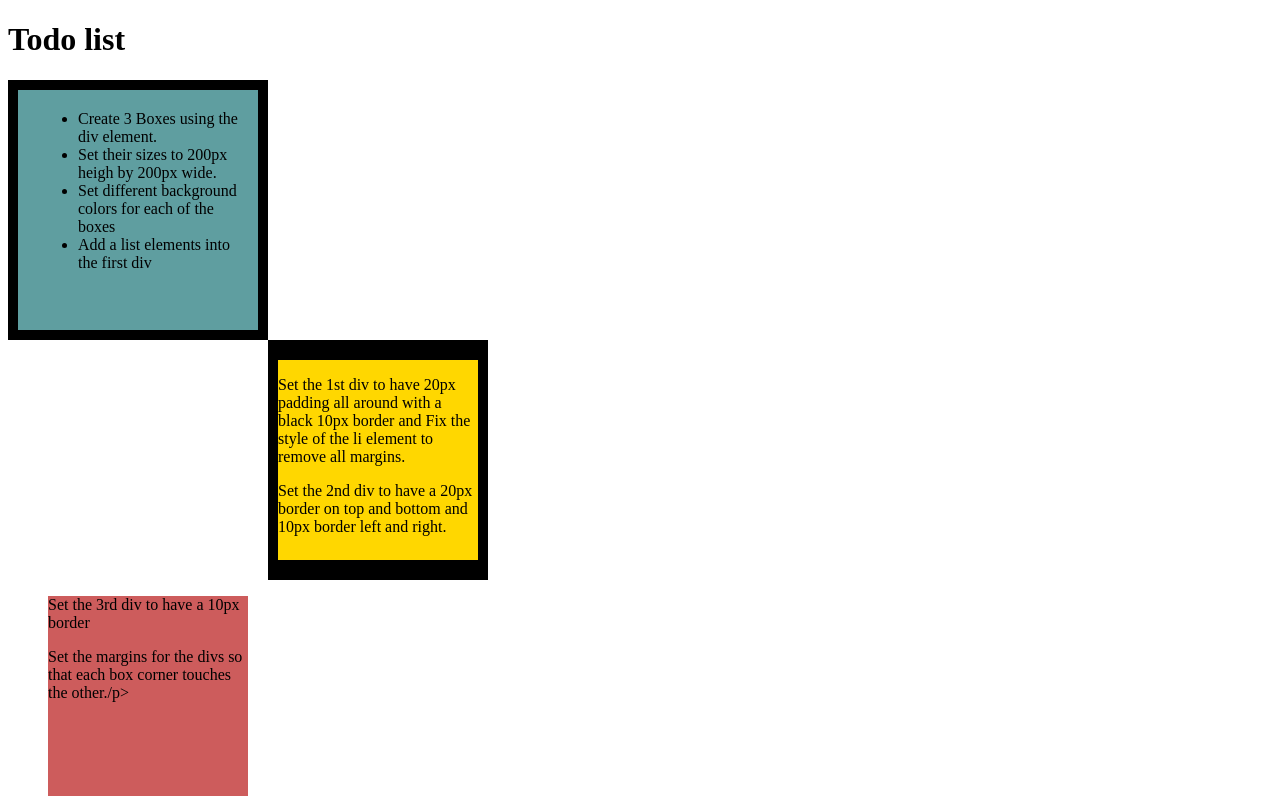
Repository: aniatot/CSS_KT
Page: 6.3 CSS Box Model/index.html
An editor plug-in stored every save of this project. The page is shown before and after the next save, followed by the edit.
The browser window is 1280 px wide. The pictures show the whole page.

Above is the page before, as saved 2023-10-18 20:22:09.

### 6.3 CSS Box Model/index.html
<!DOCTYPE html>
<html lang="en">

<head>
  <meta charset="UTF-8">
  <title>CSS Box Model</title>
  <style>
    /* Write your CSS code here */
    div {
      height: 200px;
      width: 200px;
    }

    ul, li {
      margin: 0;
    }

    #first {
      background-color: cadetblue;
      padding: 20px;
      border: 10px solid black;
    }

    #second {
      background-color: gold;
      border: solid black;
      border-width: 20px 10px;
      margin-left: 260px;
    }

    #third {
      background-color: indianred;
      border: 2px 6px 10px 16px dashed black;
      margin-left: 40px;
    }
  </style>

  </style>
</head>

<body>
<h1>Todo list</h1>
<div id="first">
  <ul>
    <li>Create 3 Boxes using the div element. </li>
    <li>Set their sizes to 200px heigh by 200px wide. </li>
    <li>Set different background colors for each of the boxes</li>
    <li>Add a list elements into the first div</li>
  </ul>
</div>

<div id="second">
  <p>Set the 1st div to have 20px padding all around with a black 10px border and
  Fix the style of the li element to remove all margins.</p>
  <p>Set the 2nd div to have a 20px border on top and bottom and 10px border left and right.</p>
</div>
<div id="third">
  <p>Set the 3rd div to have a 10px border</p>
  <p>Set the margins for the divs so that each box corner touches the other./p>
</div>
</body>

</html>

After the next save:
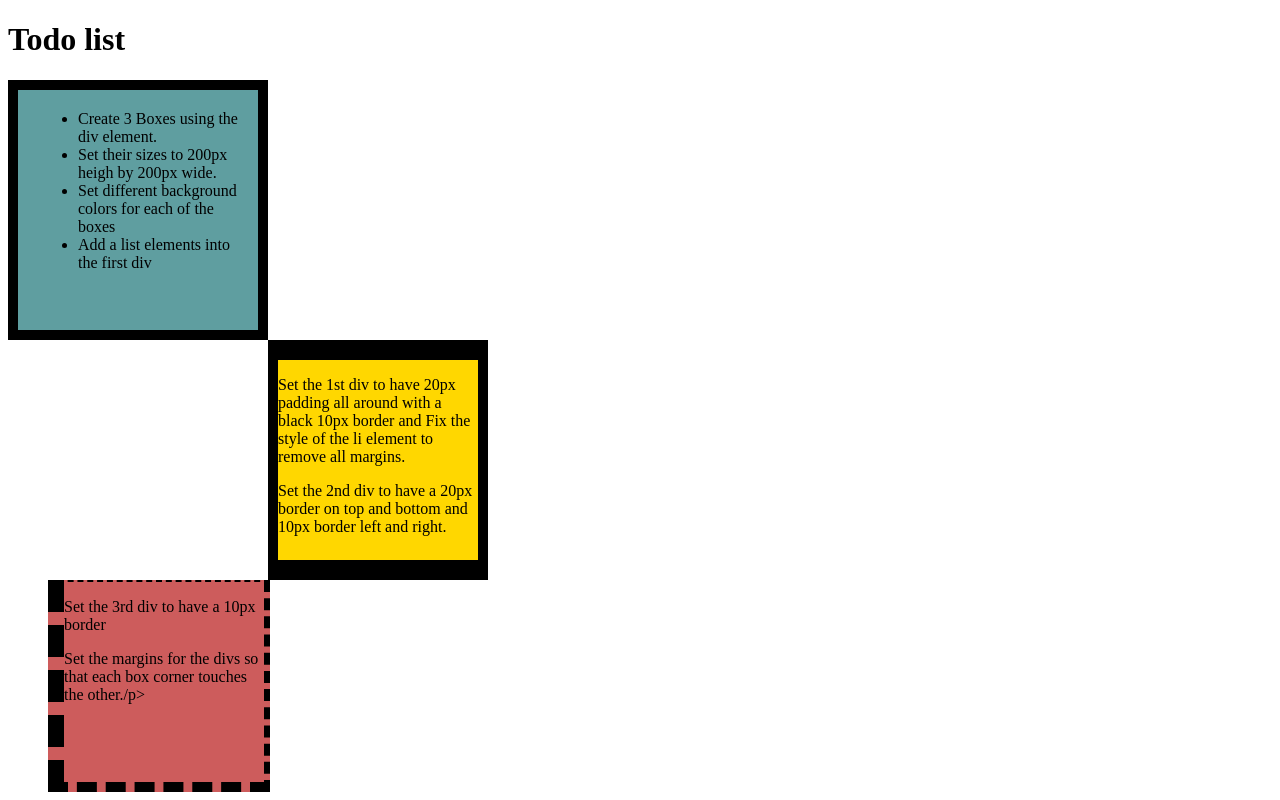
Saved 54 s later.
--- a/6.3 CSS Box Model/index.html
+++ b/6.3 CSS Box Model/index.html
@@ -30,7 +30,8 @@
 
     #third {
       background-color: indianred;
-      border: 2px 6px 10px 16px dashed black;
+      border: dashed black;
+      border-width: 2px 6px 10px 16px;
       margin-left: 40px;
     }
   </style>
